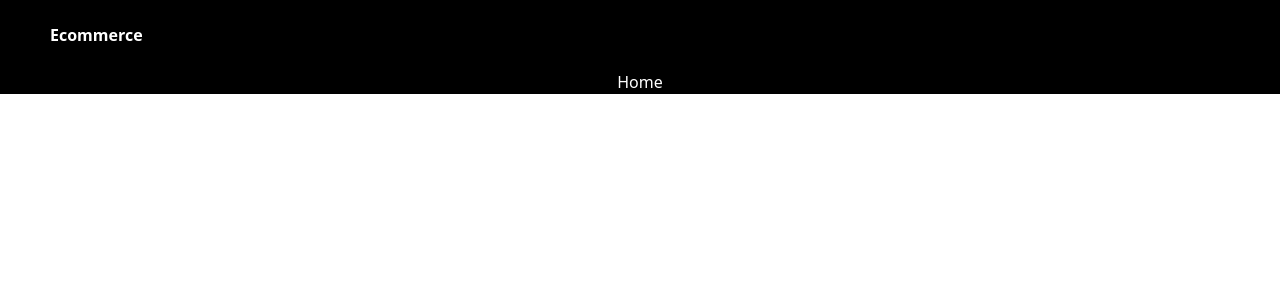
Repository: OmniaRafat232111121/ecommerceredux
Page: / (app in eco/)
An editor plug-in stored every save of this project. The page is shown before and after a run of saves, followed by the edit.
The browser window is 1280 px wide. The pictures show the whole page.
The project was rebuilt for these pictures with package versions that can differ from the ones it lists, and the page was loaded fresh each time.

Above is the page before, as saved 2022-11-01 18:25:57.

### eco/src/index.js
import React from 'react';
import ReactDOM from 'react-dom/client';
import App from './App';
import './index.css'
const root = ReactDOM.createRoot(document.getElementById('root'));
root.render(
  <React.StrictMode>
    <App />
  </React.StrictMode>
);

### eco/src/App.js

import { Provider } from 'react-redux';
import Header from './components/Header';
import store from './redux/store';
function App() {
  return (
  <Provider store={store}>
<div className='max-w-[1920px] mx-auto overflow-hidden bg-white'>
<Header/>
</div>
    </Provider>
  );
}

export default App;

### eco/src/components/Header.js
import React from 'react'

const Header = () => {
  return (
    <header className='bg-black text-white fixed left-0 right-0 z-10 w-full  mx-auto transition-all duration-150 '>
    <div className='flex justify-between items-center h-[70px] pl-[50px] pr-[60px]'>
    <h1 className='font-bold'>Ecommerce</h1>
    </div>
    <div className='flex  justify-center items-center'>
    <ul className='flex justify-between'>
    <li><a href="#">Home</a></li>
    </ul>
    </div>
    </header>
  )
}

export default Header

### eco/src/redux/store.js
import { createStore, applyMiddleware } from 'redux'
import { composeWithDevTools } from 'redux-devtools-extension'
import logger from 'redux-logger'
import thunk from 'redux-thunk'
import { reducers } from './reducers/rootReducer'



const store = createStore(
  reducers,
  composeWithDevTools(applyMiddleware(logger, thunk))
)

export default store

### eco/src/redux/reducers/rootReducer.js
import { combineReducers } from "redux";
import { productReducer } from "./productReducer";

 export const reducers=combineReducers({
    allproduct:productReducer
})

### eco/src/redux/reducers/productReducer.js
import { ActionTypes } from "../types/action-types";

const initialState={
    products:[
        {
            id:1,
            title:'market',
            category:"sales"
        }
    ],
}
export const productReducer=(state=initialState,{type,payload})=>{
   switch(type){
    case ActionTypes.SET_PRODUCT:
        return{
            ...state,products:payload
        }
    default:
        return state
   }
}

### eco/src/redux/types/action-types.js
export const ActionTypes={
    SET_PRODUCT:'SET_PRODUCT',
    SELECTED_PRODUCT:'SELECTED_PRODUCT',
    REMVOED_PRODUCT:'REMOVED_PRODUCT'
}

Loaded but not shown: eco/public/index.html (common file); eco/src/index.css (common file); eco/tailwind.config.js (common file)

After the next 3 saves:
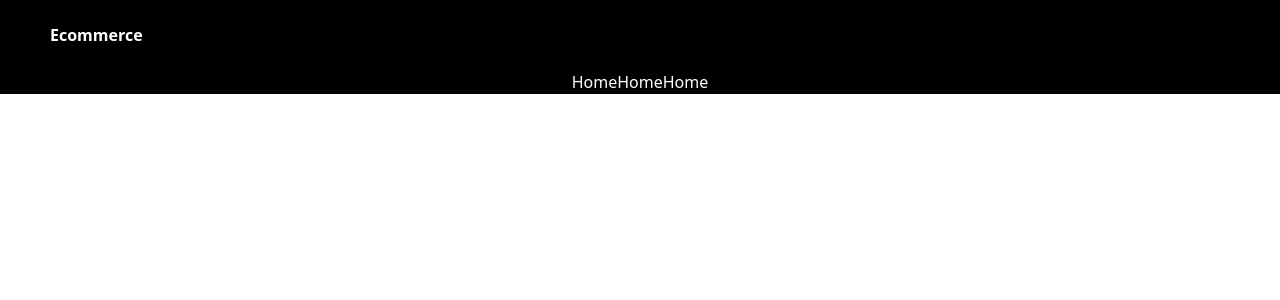
The 3 saves are shown as one change because they came seconds apart.
The last was saved 11 s later.
--- a/eco/src/components/Header.js
+++ b/eco/src/components/Header.js
@@ -9,6 +9,8 @@ const Header = () => {
     <div className='flex  justify-center items-center'>
     <ul className='flex justify-between'>
     <li><a href="#">Home</a></li>
+    <li><a href="#">Home</a></li>
+    <li><a href="#">Home</a></li>
     </ul>
     </div>
     </header>
